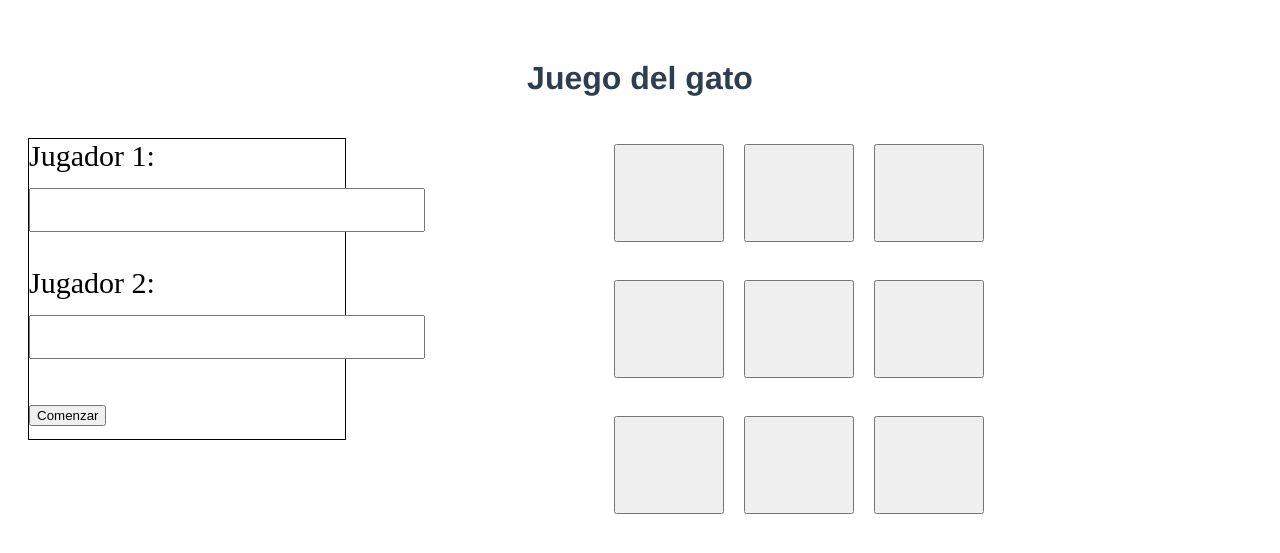
Repository: franciscamanquecheo/Taller-2
Page: / (app in vite-project/)
An editor plug-in stored every save of this project. The page is shown before and after the next save, followed by the edit.
The browser window is 1280 px wide. The pictures show the whole page.
The project was rebuilt for these pictures with package versions that can differ from the ones it lists, and the page was loaded fresh each time. Also part of the build but not shown: vite-project/vite.config.ts.

Above is the page before, as saved 2022-06-17 17:57:00.

After the next save:
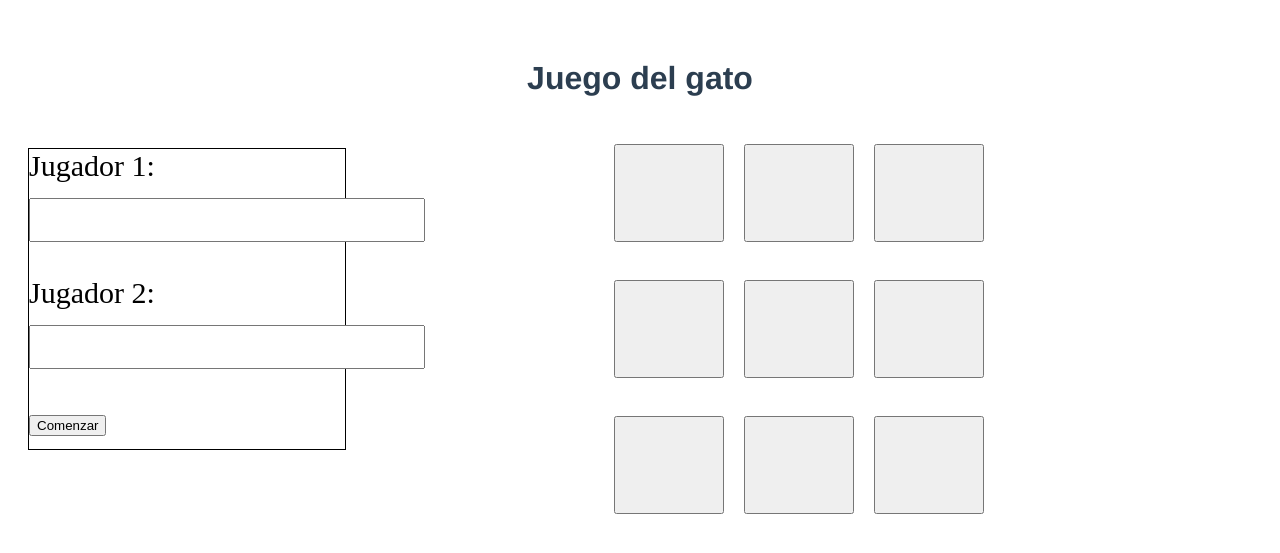
Saved 8 s later.
--- a/vite-project/src/App.vue
+++ b/vite-project/src/App.vue
@@ -56,7 +56,7 @@ h1 {
   margin-top: 60px;
 }
 article#comandos{
-  margin-top: 20px;
+  margin-top: 30px;
   display: inline-block;
   text-align: left;
   border: 1px solid black;
